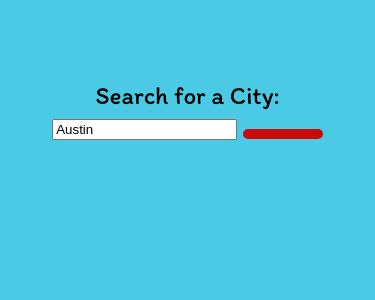
Repository: Jazinha/Hello-kitty-weather
Page: forecast.html
These files come from the project's save history. The page is drawn as it stood at one moment and after the next save; the edit follows.
The browser window is 375 px wide. The pictures show the whole page.
Some web libraries are served in a nearby version.

Above is the page before, as saved 2023-02-04 17:20:03.
Not found: assets/js/script.js

After the next save:
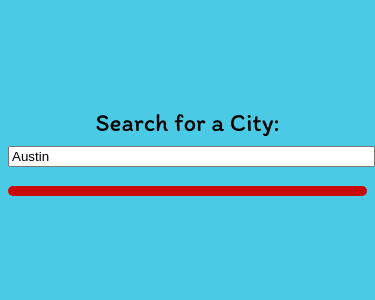
Saved 84 s later.
--- a/style.css
+++ b/style.css
@@ -40,4 +40,86 @@
   }
 
 
-/*This is for the forecast.html */
+/*This is for the forecast.html */ #header h1{
+    font-size: 400%;
+    text-align: center;
+    text-transform: uppercase;
+    font-weight: bold;
+    -webkit-background-clip: text;
+    -moz-background-clip: text;
+    background-clip: text;
+    text-shadow: 0px 3px 3px rgba(255,255,255,0.5);
+}
+
+/*Jumbotron padding and border */
+.jumbotron {
+    padding: 1rem;
+    border-radius: 0;
+}
+
+/* City Search width */
+#search-city{
+    width:80%;
+}
+
+/* fontawesome magnifying glass icon */
+#search-button-icon{
+    width:15px;
+    display:inline-block;
+}
+
+/*Current weather padding */
+#current-weather {
+    padding-left: 15px;
+}
+
+/* clear storage below list of cities */
+#clear-storage{
+    color:grey;
+    text-decoration: none;
+    font-size:.75em;
+    margin: .5em 0em 0em .5em;
+}
+
+/* Weather card styling */
+.weather-card{
+    width: 9rem;
+    background-color: #0275d8;
+    color: white;
+    text-align: center;
+}
+
+/* UV coloring scheme for UV display */
+.uv-favorable{
+    background-color: green;
+    border-radius: 5px;
+    color: white;
+}
+
+.uv-moderate{
+    background-color: orange;
+    border-radius: 5px;
+    color: white;
+}
+
+.uv-severe{
+    background-color: red;
+    border-radius: 5px;
+    color: white;
+}
+
+/* Media queries */
+@media only screen and (max-width: 992px) {
+    #search-city{
+        width:100%;
+    }
+    #search-button{
+        width:100%;
+    }
+}
+@media only screen and (max-width: 575px) {
+
+    #fiveDayForecastUl{
+        justify-content: center;
+    }
+}

After the save that followed:
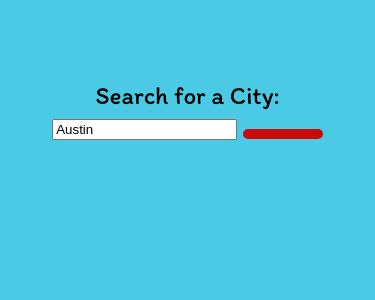
Saved 29 s later.
--- a/style.css
+++ b/style.css
@@ -40,86 +40,4 @@
   }
 
 
-/*This is for the forecast.html */ #header h1{
-    font-size: 400%;
-    text-align: center;
-    text-transform: uppercase;
-    font-weight: bold;
-    -webkit-background-clip: text;
-    -moz-background-clip: text;
-    background-clip: text;
-    text-shadow: 0px 3px 3px rgba(255,255,255,0.5);
-}
-
-/*Jumbotron padding and border */
-.jumbotron {
-    padding: 1rem;
-    border-radius: 0;
-}
-
-/* City Search width */
-#search-city{
-    width:80%;
-}
-
-/* fontawesome magnifying glass icon */
-#search-button-icon{
-    width:15px;
-    display:inline-block;
-}
-
-/*Current weather padding */
-#current-weather {
-    padding-left: 15px;
-}
-
-/* clear storage below list of cities */
-#clear-storage{
-    color:grey;
-    text-decoration: none;
-    font-size:.75em;
-    margin: .5em 0em 0em .5em;
-}
-
-/* Weather card styling */
-.weather-card{
-    width: 9rem;
-    background-color: #0275d8;
-    color: white;
-    text-align: center;
-}
-
-/* UV coloring scheme for UV display */
-.uv-favorable{
-    background-color: green;
-    border-radius: 5px;
-    color: white;
-}
-
-.uv-moderate{
-    background-color: orange;
-    border-radius: 5px;
-    color: white;
-}
-
-.uv-severe{
-    background-color: red;
-    border-radius: 5px;
-    color: white;
-}
-
-/* Media queries */
-@media only screen and (max-width: 992px) {
-    #search-city{
-        width:100%;
-    }
-    #search-button{
-        width:100%;
-    }
-}
-@media only screen and (max-width: 575px) {
-
-    #fiveDayForecastUl{
-        justify-content: center;
-    }
-}
+/*This is for the forecast.html */
